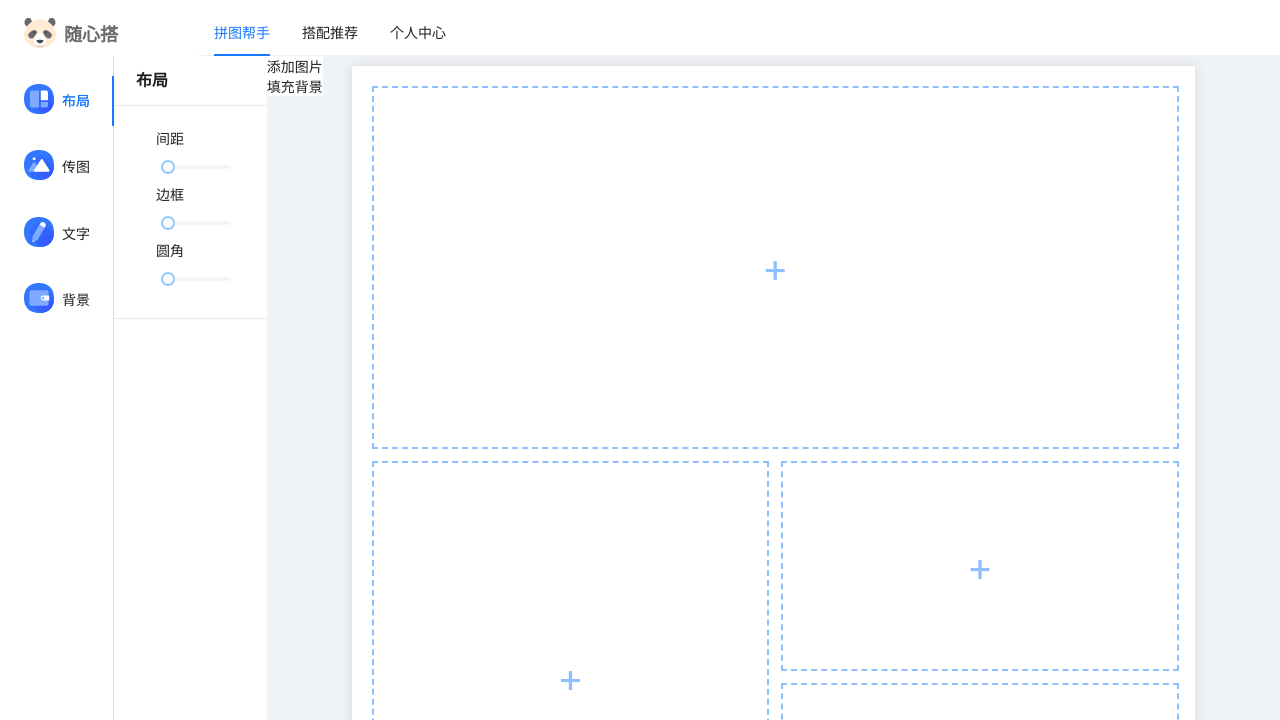
Repository: zzq1101921989/low-code
Page: /
An editor plug-in stored every save of this project. The page is shown before and after the next save, followed by the edit.
The browser window is 1280 px wide. The pictures show the whole page.
The project was rebuilt for these pictures with package versions that can differ from the ones it lists, and the page was loaded fresh each time. Also part of the build but not shown: vite.config.ts, src/pages/admin/index.tsx, src/components/icon/ClothesIcon.tsx, src/components/icon/HairIcon.tsx, src/components/icon/PantsIcon.tsx, src/components/icon/ShoeIcon.tsx, src/pages/recommend/index.tsx.

Above is the page before, as saved 2023-05-10 22:34:29.

### index.html
<!DOCTYPE html>
<html lang="en">
  <head>
    <meta charset="UTF-8" />
    <link rel="icon" type="image/svg+xml" href="/vite.svg" />
    <meta name="viewport" content="width=device-width, initial-scale=1.0" />
    <title>搭配选择困难症？不懂搭？就来随心搭，找到属于自己的穿搭技巧</title>
  </head>
  <body>
    <div id="root"></div>
    <script type="module" src="/src/main.tsx"></script>
  </body>
</html>

### src/main.tsx
import ReactDOM from "react-dom/client";
import App from "./App";
import "./reset.css";

ReactDOM.createRoot(document.getElementById("root") as HTMLElement).render(
  <App />
);

### src/App.tsx
import { BrowserRouter, Navigate, Route, Routes } from "react-router-dom";
import LayoutComponent from "./components/layout";
import { routerConfig } from "./routers";

const App = () => {
  return (
    <BrowserRouter>
      <Routes>
        <Route path="/" element={<LayoutComponent />}>
          {/* 重定向 */}
          <Route path="/" element={<Navigate to="/home" />} />
          {routerConfig.map((item) => (
            <Route path={item.path} key={item.name} element={item.element} />
          ))}
        </Route>
        <Route path="*" element={<div>404</div>} />
      </Routes>
    </BrowserRouter>
  );
};

export default App;

### src/reset.css
html,body,div,span,applet,object,h1,h2,h3,h4,h5,h6,p,blockquote,pre,a,abbr,acronym,address,big,cite,code,del,dfn,em,img,ins,kbd,q,s,samp,small,strike,strong,sub,sup,tt,var,b,u,i,center,dl,dt,dd,ol,ul,li,fieldset,form,label,legend,table,caption,tbody,tfoot,thead,tr,th,td,article,aside,canvas,details,embed,figure,figcaption,footer,header,hgroup,menu,nav,output,ruby,section,summary,time,mark,audio,video {
	margin:0;
	padding:0;
	border:0;
	font-size:100%;
	font:inherit;
	font-weight:normal;
	vertical-align:baseline;
}
/* HTML5 display-role reset for older browsers */
article,aside,details,figcaption,figure,footer,header,hgroup,menu,nav,section {
	display:block;
}
ol,ul,li {
	list-style:none;
}
blockquote,q {
	quotes:none;
}
blockquote:before,blockquote:after,q:before,q:after {
	content:'';
	content:none;
}
table {
	border-collapse:collapse;
	border-spacing:0;
}
th,td {
	vertical-align:middle;
}
/* custom */
a {
	outline:none;
	color:#16418a;
	text-decoration:none;
	-webkit-backface-visibility: hidden;
}
a:focus {
	outline:none;
}
input:focus,select:focus,textarea:focus {
	outline:-webkit-focus-ring-color auto 0;
}

### src/routers/index.tsx
import { RouteObject } from "react-router-dom";
import Admin from "../pages/admin";
import Home from "../pages/home";
import Recommend from "../pages/recommend";

export const routerConfig: (RouteObject & { name: string })[] = [
  {
    path: "home",
    name: "拼图帮手",
    element: <Home />,
  },
  {
    path: "recommend",
    name: "搭配推荐",
    element: <Recommend />,
  },
  {
    path: "admin",
    name: "个人中心",
    element: <Admin />,
  },
];

### src/components/header/index.tsx
import { Menu, MenuProps } from "antd";
import { Link, useLocation } from "react-router-dom";
import { routerConfig } from "../../routers";

export default function HeaderComponent() {

  const locaiton = useLocation();

  const items: MenuProps["items"] = routerConfig.map((key) => ({
    key: key.path,
    label: <Link to={`/${key.path}`}>{key.name}</Link>,
  }));

  return (
    <Menu
      style={{ flex: 1 }}
      mode="horizontal"
      selectedKeys={[locaiton.pathname.split("/")[1]]}
      items={items}
    />
  );
}

### src/components/layout/index.module.less
.syd-layout {
  width: 100%;
  height: 100vh;
  display: flex;
  flex-direction: column;
  overflow: hidden;
  .syd-header {
    display: flex;
    width: 100%;
    align-items: center;
    padding: 10px 24px 0 24px;
    background-color: #fff;
    .logo {
      margin-right: 80px;
    }
  }
  .syd-content {
    flex: auto;
    background: #eff2f6;
  }
}

### src/pages/home/index.tsx
import { Col, Row } from "antd";
import { FC } from "react";
import { DrawImage, Menu } from "./features";
import styles from "./index.module.less";

const Home: FC = () => {
  return (
    <Row style={{ height: "100%" }} className={styles.homeContainer}>
      <Col xl={5}>
        <Menu />
      </Col>
      <Col xl={19}>
        <DrawImage />
      </Col>
    </Row>
  );
};

export default Home;

### src/pages/home/features/index.tsx
export { default as Area } from './Area';
export { default as DrawImage } from './DrawImage';
export { default as Menu } from './Menu';

### src/pages/home/index.module.less
.homeContainer {
    :global{
        .ant-tabs-tabpane {
            padding-left: 0 !important
        }
        .ant-tabs-nav-wrap {
            padding-top: 20px;
        }
    }
}

### src/pages/home/features/Area/index.tsx
import { FC, ReactNode } from "react";
import styles from "./index.module.less";

interface AreaProps {
  /**
   * @name 头部区域内容
   */
  header: string | ReactNode;

  /**
   * @name 中间区域内容
   */
  centre?: string | ReactNode;
}
const Area: FC<AreaProps> = (props) => {
  const { header, centre } = props;

  return (
    <div className={`${styles["area-container"]}`}>
      <div
        className={`${styles["area-container-header"]} ${styles.padding} ${styles.borderBottom}`}
      >
        {header}
      </div>
      {centre && (
        <div
          className={`${styles["area-container-centre"]} ${styles.padding} ${styles["borderBottom"]}`}
        >
          {centre}
        </div>
      )}
    </div>
  );
};

export default Area;

### src/pages/home/features/DrawImage/index.tsx
import { Col, Row } from "antd";
import { FC, useEffect, useRef } from "react";
import { ContextMenu, ItemBox } from "../../components";

interface DrawImageProps {}

const DrawImage: FC<DrawImageProps> = (props) => {

  const ele = useRef<HTMLDivElement | null>(null);

  // 组织右键菜单的默认事件
  useEffect(() => {
    if (ele.current) {
      ele.current.addEventListener("contextmenu", (e) => {
        e.preventDefault();
      });
      ele.current.addEventListener("mousedown", (e) => {
        if (e.button === 0) {
          console.log('Left button clicked');
        } else if (e.button === 2) {
          console.log('Right button clicked');
        }
      });
    }
  }, []);

  return (
    <div
      ref={ele}
      style={{
        width: "803px",
        height: "803px",
        padding: "20px",
        margin: '10px auto',
        background: "#fff",
        boxShadow: "0 0 10px #d9d6d6",
      }}
    >
      <Row gutter={[16, 16]} style={{ height: '100%' }}>
        <Col span={24}>
          <ItemBox />
        </Col>
        <Col span={24}>
          <Row gutter={[16, 16]} style={{ height: '100%' }}>
            <Col span={12}>
              <ItemBox />
            </Col>
            <Col span={12}>
              <Row gutter={[16, 16]} style={{ height: '100%' }}>
                <Col span={24}><ItemBox /></Col>
                <Col span={24}><ItemBox /></Col>
              </Row>
            </Col>
          </Row>
        </Col>
      </Row>
      <ContextMenu />
    </div>
  );
};

export default DrawImage;

### src/pages/home/features/Menu/index.tsx
import { Slider, Space, Tabs, TabsProps } from "antd";
import { Area } from "..";
import {
  ColorIcon,
  ImageIcon,
  LayoutIcon,
  TextIcon,
} from "../../../../components/icon";

/**
 * 导航栏组件
 * @returns
 */
export default function Menu() {
  const items: TabsProps["items"] = [
    {
      label: (
        <Space>
          <LayoutIcon />
          布局
        </Space>
      ),
      key: "1",
      children: (
        <Area
          header="布局"
          centre={
            <div
              style={{
                width: "100%",
                display: "flex",
                flexDirection: "column",
                padding: '10px 20px',
                boxSizing: 'border-box'
              }}
            >
              <div>
                间距
                <Slider defaultValue={10} />
              </div>
              <div>
                边框
                <Slider defaultValue={10} />
              </div>
              <div>
                圆角
                <Slider defaultValue={10} />
              </div>
            </div>
          }
        />
      ),
    },
    {
      label: (
        <Space>
          <ImageIcon />
          传图
        </Space>
      ),
      key: "2",
      children: "",
    },
    {
      label: (
        <Space>
          <TextIcon />
          文字
        </Space>
      ),
      key: "3",
      children: "",
    },
    {
      label: (
        <Space>
          <ColorIcon />
          背景
        </Space>
      ),
      key: "4",
      children: "",
    },
  ];

  return (
    <Tabs
      tabPosition="left"
      items={items}
      style={{ background: "#fff", height: "100%" }}
    />
  );
}

### src/pages/home/features/Area/index.module.less
.area-container {
    width: 100%;
    .area-container-header {
        font-size: 18px;
    }
    .area-container-header {
        font-size: 16px;
        font-weight: bold;
    }
}
.padding {
    padding: 12px 12px 12px 22px;
}
.borderBottom {
    border-bottom: 1px solid #e9e9e9;
}

### src/pages/home/components/index.tsx
export { default as ItemBox } from './ItemBox';
export { default as ContextMenu } from './contextmenu';

### src/components/icon/index.tsx
export { default as ClothesIcon } from "./ClothesIcon";
export { default as ColorIcon } from "./ColorIcon";
export { default as HairIcon } from "./HairIcon";
export { default as ImageIcon } from "./ImageIcon";
export { default as LayoutIcon } from "./LayoutIcon";
export { default as PantsIcon } from "./PantsIcon";
export { default as ShoeIcon } from "./ShoeIcon";
export { default as TextIcon } from "./TextIcon";

### src/pages/home/components/ItemBox/index.tsx
import { FC, memo } from "react";
import styles from "./index.module.less";

interface ItemBoxProps {}

const ItemBox: FC<ItemBoxProps> = (props) => {
  const {} = props;
  return (
    <div className={styles.itemBox}>
      <span className={styles.close}>
        <svg
          version="1.1"
          id="图层_1"
          xmlns="http://www.w3.org/2000/svg"
          xmlnsXlink="http://www.w3.org/1999/xlink"
          x="0px"
          y="0px"
          viewBox="0 0 16 16"
        >
          <path
            d="M11.8,1.6l-0.7,0.7L7.8,5.6L4.6,2.3L3.9,1.6L3.1,2.3L2,3.4L1.3,4.1L2,4.8l3.3,3.3L2,11.4l-0.7,0.7L2,12.8 L3.1,14l0.7,0.7L4.6,14l3.3-3.3l3.3,3.3l0.7,0.7l0.7-0.7l1.1-1.1l0.7-0.7l-0.7-0.7l-3.3-3.3l3.3-3.3l0.7-0.7l-0.7-0.7l-1.1-1.1 L11.8,1.6L11.8,1.6z"
            style={{
              opacity: 0.9,
              fill: "rgb(255, 255, 255)",
            }}
          ></path>{" "}
          <g>
            <polygon points="13,4.1 11.8,3 7.8,7 3.9,3 2.7,4.1 6.7,8.1 2.7,12.1 3.9,13.3 7.8,9.3 11.8,13.3 13,12.1 9,8.1 	"></polygon>
          </g>
        </svg>
      </span>
      <span className={styles.add}>+</span>
    </div>
  );
};
export default memo(ItemBox);

### src/pages/home/components/contextmenu/index.tsx
import { FC } from "react";
import styles from "./index.module.less";

type ContextMenuProps = {

}
const ContextMenu: FC<ContextMenuProps> = (props) => {
    const { } = props;
    return (
        <div className={styles.contextMenu}>
            <div>添加图片</div>
            <div>填充背景</div>
          </div>
      )
}
export default ContextMenu

### src/components/icon/ColorIcon.tsx
import Icon from "@ant-design/icons";
import { CustomIconComponentProps } from "@ant-design/icons/lib/components/Icon";

const Color = () => (
  <svg
    viewBox="0 0 1024 1024"
    version="1.1"
    xmlns="http://www.w3.org/2000/svg"
    p-id="7117"
    width="30"
    height="30"
  >
    <path
      d="M1023.910943 511.999898c5.11911 317.794367-194.116663 516.825376-511.91103 511.911029-317.794367 4.914346-516.825376-194.116663-511.91103-511.911029C-4.825463 194.20553 194.205546-4.825478 511.999913 0.088868c317.794367-4.914346 516.825376 194.116663 511.91103 511.91103z"
      fill="#3377FF"
      p-id="7118"
    ></path>
    <path
      d="M1022.477592 566.671996C1006.915497 340.40732 852.318366 201.16752 614.382119 204.85328c-254.112635-4.095288-413.624112 155.416189-409.528824 409.528824-3.890524 237.936247 135.554041 392.533378 361.613952 408.095473 268.036615-16.381153 439.629192-187.97373 456.010345-455.805581z"
      fill="#336DFF"
      p-id="7119"
    ></path>
    <path
      d="M1015.515602 629.944199C985.824762 491.523456 876.480566 407.160519 716.764325 409.617692c-190.635668-3.071466-310.218084 116.51095-307.146618 307.146618-2.457173 159.716241 81.905765 269.060437 220.121743 298.751277 211.112109-34.400421 351.375731-174.664043 385.776152-385.571388z"
      fill="#3364FF"
      p-id="7120"
    ></path>
    <path
      d="M997.701098 705.707031C964.734028 646.734881 902.076118 613.153517 819.146531 614.382104c-127.1587-2.047644-206.812056 77.605712-204.764412 204.764412-1.433351 82.929587 32.352777 145.587497 91.120163 178.554567a431.233852 431.233852 0 0 0 292.198816-291.994052z"
      fill="#335AFF"
      p-id="7121"
    ></path>
    <path
      d="M184.376854 245.806162m61.429324 0l532.387471 0q61.429324 0 61.429323 61.429324l0 409.528824q0 61.429324-61.429323 61.429323l-532.387471 0q-61.429324 0-61.429324-61.429323l0-409.528824q0-61.429324 61.429324-61.429324Z"
      fill="#80AAFF"
      p-id="7122"
    ></path>
    <path
      d="M655.335001 430.094133h184.287971a20.476441 20.476441 0 0 1 20.476441 20.476441v122.858647a20.476441 20.476441 0 0 1-20.476441 20.476441h-184.287971a81.905765 81.905765 0 0 1-81.905764-81.905764 81.905765 81.905765 0 0 1 81.905764-81.905765z"
      fill="#FFFFFF"
      p-id="7123"
    ></path>
    <path
      d="M655.335001 511.999898m-40.952882 0a40.952882 40.952882 0 1 0 81.905765 0 40.952882 40.952882 0 1 0-81.905765 0Z"
      fill="#80AAFF"
      p-id="7124"
    ></path>
  </svg>
);

export default function ColorIcon(props: Partial<CustomIconComponentProps>) {
  return <Icon component={Color} {...props} />;
}

### src/components/icon/ImageIcon.tsx
import Icon from "@ant-design/icons";
import { CustomIconComponentProps } from "@ant-design/icons/lib/components/Icon";

const Image = () => (
  <svg
    viewBox="0 0 1024 1024"
    version="1.1"
    xmlns="http://www.w3.org/2000/svg"
    p-id="1209"
    width="30"
    height="30"
  >
    <path
      d="M1023.910943 511.999898c5.11911 317.794367-194.116663 516.825376-511.91103 511.911029-317.794367 4.914346-516.825376-194.116663-511.91103-511.911029C-4.825463 194.20553 194.205546-4.825478 511.999913 0.088868c317.794367-4.914346 516.825376 194.116663 511.91103 511.91103z"
      fill="#3377FF"
      p-id="1210"
    ></path>
    <path
      d="M1022.477592 566.671996C1006.915497 340.40732 852.318366 201.16752 614.382119 204.85328c-254.112635-4.095288-413.624112 155.416189-409.528824 409.528824-3.890524 237.936247 135.554041 392.533378 361.613952 408.095473 268.036615-16.381153 439.629192-187.97373 456.010345-455.805581z"
      fill="#336DFF"
      p-id="1211"
    ></path>
    <path
      d="M1015.515602 629.944199C985.824762 491.523456 876.480566 407.160519 716.764325 409.617692c-190.635668-3.071466-310.218084 116.51095-307.146618 307.146618-2.457173 159.716241 81.905765 269.060437 220.121743 298.751277 211.112109-34.400421 351.375731-174.664043 385.776152-385.571388z"
      fill="#3364FF"
      p-id="1212"
    ></path>
    <path
      d="M312.968905 439.308531L158.781302 678.678129a40.952882 40.952882 0 0 0 34.400422 63.067439h308.375204a40.952882 40.952882 0 0 0 34.400421-63.067439l-154.187602-239.574362a40.952882 40.952882 0 0 0-68.800842 0.204764z"
      fill="#80AAFF"
      p-id="1213"
    ></path>
    <path
      d="M997.701098 705.707031C964.734028 646.734881 902.076118 613.153517 819.146531 614.382104c-127.1587-2.047644-206.812056 77.605712-204.764412 204.764412-1.433351 82.929587 32.352777 145.587497 91.120163 178.554567a431.233852 431.233852 0 0 0 292.198816-291.994052z"
      fill="#335AFF"
      p-id="1214"
    ></path>
    <path
      d="M571.586357 329.554807l-225.240853 349.123322a40.952882 40.952882 0 0 0 34.400421 63.067439h450.481706a40.952882 40.952882 0 0 0 34.400421-63.067439l-225.240853-349.123322a40.952882 40.952882 0 0 0-68.800842 0z"
      fill="#FFFFFF"
      p-id="1215"
    ></path>
    <path
      d="M347.369326 294.540092m-51.191103 0a51.191103 51.191103 0 1 0 102.382206 0 51.191103 51.191103 0 1 0-102.382206 0Z"
      fill="#FFFFFF"
      p-id="1216"
    ></path>
  </svg>
);

export default function ImageIcon(props: Partial<CustomIconComponentProps>) {
  return <Icon component={Image} {...props} />;
}

### src/components/icon/LayoutIcon.tsx
import Icon from "@ant-design/icons";
import { CustomIconComponentProps } from "@ant-design/icons/lib/components/Icon";

const Layout = () => (
  <svg
    viewBox="0 0 1024 1024"
    version="1.1"
    xmlns="http://www.w3.org/2000/svg"
    p-id="1056"
    width="30"
    height="30"
  >
    <path
      d="M1023.910943 511.999898c5.11911 317.794367-194.116663 516.825376-511.91103 511.911029-317.794367 4.914346-516.825376-194.116663-511.91103-511.911029C-4.825463 194.20553 194.205546-4.825478 511.999913 0.088868c317.794367-4.914346 516.825376 194.116663 511.91103 511.91103z"
      fill="#3377FF"
      p-id="1057"
    ></path>
    <path
      d="M1022.477592 566.671996C1006.915497 340.40732 852.318366 201.16752 614.382119 204.85328c-254.112635-4.095288-413.624112 155.416189-409.528824 409.528824-3.890524 237.936247 135.554041 392.533378 361.613952 408.095473 268.036615-16.381153 439.629192-187.97373 456.010345-455.805581z"
      fill="#336DFF"
      p-id="1058"
    ></path>
    <path
      d="M1015.515602 629.944199C985.824762 491.523456 876.480566 407.160519 716.764325 409.617692c-190.635668-3.071466-310.218084 116.51095-307.146618 307.146618-2.457173 159.716241 81.905765 269.060437 220.121743 298.751277 211.112109-34.400421 351.375731-174.664043 385.776152-385.571388z"
      fill="#3364FF"
      p-id="1059"
    ></path>
    <path
      d="M997.701098 705.707031C964.734028 646.734881 902.076118 613.153517 819.146531 614.382104c-127.1587-2.047644-206.812056 77.605712-204.764412 204.764412-1.433351 82.929587 32.352777 145.587497 91.120163 178.554567a431.233852 431.233852 0 0 0 292.198816-291.994052z"
      fill="#335AFF"
      p-id="1060"
    ></path>
    <path
      d="M593.905678 225.329721h163.811529a61.429324 61.429324 0 0 1 61.429324 61.429323v245.717295a20.476441 20.476441 0 0 1-20.476441 20.476441H593.905678a20.476441 20.476441 0 0 1-20.476441-20.476441V245.806162a20.476441 20.476441 0 0 1 20.476441-20.476441z"
      fill="#FFFFFF"
      p-id="1061"
    ></path>
    <path
      d="M593.905678 614.382104h204.764412a20.476441 20.476441 0 0 1 20.476441 20.476441v102.382206a61.429324 61.429324 0 0 1-61.429324 61.429323h-163.811529a20.476441 20.476441 0 0 1-20.476441-20.476441v-143.335088a20.476441 20.476441 0 0 1 20.476441-20.476441zM266.282619 225.329721h225.240853a20.476441 20.476441 0 0 1 20.476441 20.476441v532.387471a20.476441 20.476441 0 0 1-20.476441 20.476441H266.282619a61.429324 61.429324 0 0 1-61.429324-61.429323V286.759044a61.429324 61.429324 0 0 1 61.429324-61.429323z"
      fill="#80AAFF"
      p-id="1062"
    ></path>
  </svg>
);

export default function LayoutIcon(props: Partial<CustomIconComponentProps>) {
  return <Icon component={Layout} {...props} />;
}

### src/components/icon/TextIcon.tsx
import Icon from "@ant-design/icons";
import { CustomIconComponentProps } from "@ant-design/icons/lib/components/Icon";

const Text = () => (
  <svg
    viewBox="0 0 1024 1024"
    version="1.1"
    xmlns="http://www.w3.org/2000/svg"
    p-id="1365"
    width="30"
    height="30"
  >
    <path
      d="M1023.910943 511.999898c5.11911 317.794367-194.116663 516.825376-511.91103 511.911029-317.794367 4.914346-516.825376-194.116663-511.91103-511.911029C-4.825463 194.20553 194.205546-4.825478 511.999913 0.088868c317.794367-4.914346 516.825376 194.116663 511.91103 511.91103z"
      fill="#3377FF"
      p-id="1366"
    ></path>
    <path
      d="M1022.477592 566.671996C1006.915497 340.40732 852.318366 201.16752 614.382119 204.85328c-254.112635-4.095288-413.624112 155.416189-409.528824 409.528824-3.890524 237.936247 135.554041 392.533378 361.613952 408.095473 268.036615-16.381153 439.629192-187.97373 456.010345-455.805581z"
      fill="#336DFF"
      p-id="1367"
    ></path>
    <path
      d="M1015.515602 629.944199C985.824762 491.523456 876.480566 407.160519 716.764325 409.617692c-190.635668-3.071466-310.218084 116.51095-307.146618 307.146618-2.457173 159.716241 81.905765 269.060437 220.121743 298.751277 211.112109-34.400421 351.375731-174.664043 385.776152-385.571388z"
      fill="#3364FF"
      p-id="1368"
    ></path>
    <path
      d="M997.701098 705.707031C964.734028 646.734881 902.076118 613.153517 819.146531 614.382104c-127.1587-2.047644-206.812056 77.605712-204.764412 204.764412-1.433351 82.929587 32.352777 145.587497 91.120163 178.554567a431.233852 431.233852 0 0 0 292.198816-291.994052z"
      fill="#335AFF"
      p-id="1369"
    ></path>
    <path
      d="M526.538186 263.82543L293.311521 668.03038a61.429324 61.429324 0 0 0-7.985812 35.629007l9.828692 125.725349a20.476441 20.476441 0 0 0 28.667017 17.200211l118.763359-51.600632A61.429324 61.429324 0 0 0 471.047031 769.388763l232.817136-403.181127z"
      fill="#80AAFF"
      p-id="1370"
    ></path>
    <path
      d="M687.687779 189.495949a102.382206 102.382206 0 0 0-139.854094 37.471887l-20.476441 36.857594 177.325981 102.382206 20.476441-36.857594a102.382206 102.382206 0 0 0-37.471887-139.854093zM292.082935 790.479498l3.071466 38.905238a20.476441 20.476441 0 0 0 28.667017 17.200211l37.267123-16.176389z"
      fill="#FFFFFF"
      p-id="1371"
    ></path>
  </svg>
);

export default function TextIcon(props: Partial<CustomIconComponentProps>) {
  return <Icon component={Text} {...props} />;
}

### src/pages/home/components/ItemBox/index.module.less
.itemBox {
    position: relative;
    width: 100%;
    height: 100%;
    border: 2px dashed #1e80ff80;
    .close {
        width: 16px;
        height: 16px;
        display: none;
        position: absolute;
        right: 10px;
        top: 10px;
    }
    .add {
        display: flex;
        width: 100%;
        height: 100%;
        justify-content: center;
        align-items: center;
        text-align: center;
        margin: 0 auto;
        font-size: 40px;
        color: #1e80ff80;
        user-select: none
    }
    &:hover {
        border: 2px solid #2354f4;
        .close {
            display: block;
        }
    }
}

### src/pages/home/components/contextmenu/index.module.less
.contextMenu {
    position: absolute;
    left: 0;
    top: 0;
    background-color: #fff;
}

Loaded but not shown: src/components/layout/index.tsx (69 lines, source omitted)

After the next save:
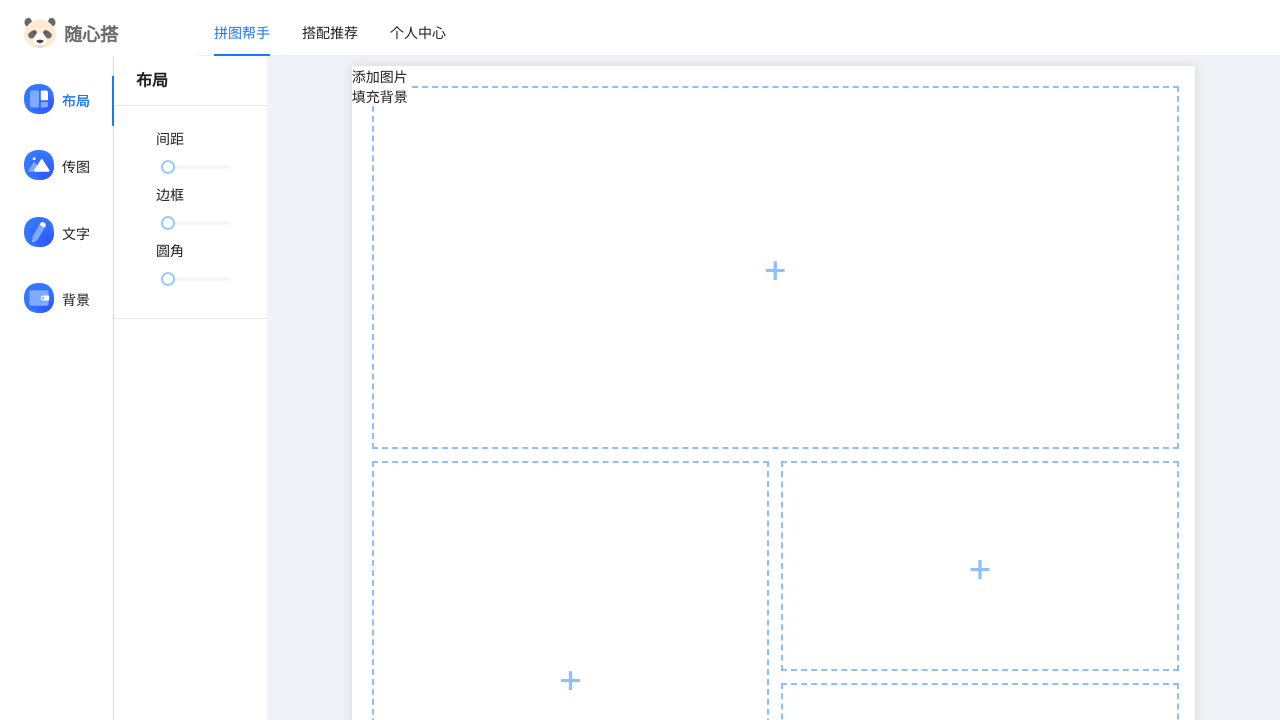
Saved 51 s later.
--- a/src/pages/home/features/DrawImage/index.tsx
+++ b/src/pages/home/features/DrawImage/index.tsx
@@ -28,6 +28,7 @@ const DrawImage: FC<DrawImageProps> = (props) => {
     <div
       ref={ele}
       style={{
+        position: 'relative',
         width: "803px",
         height: "803px",
         padding: "20px",
